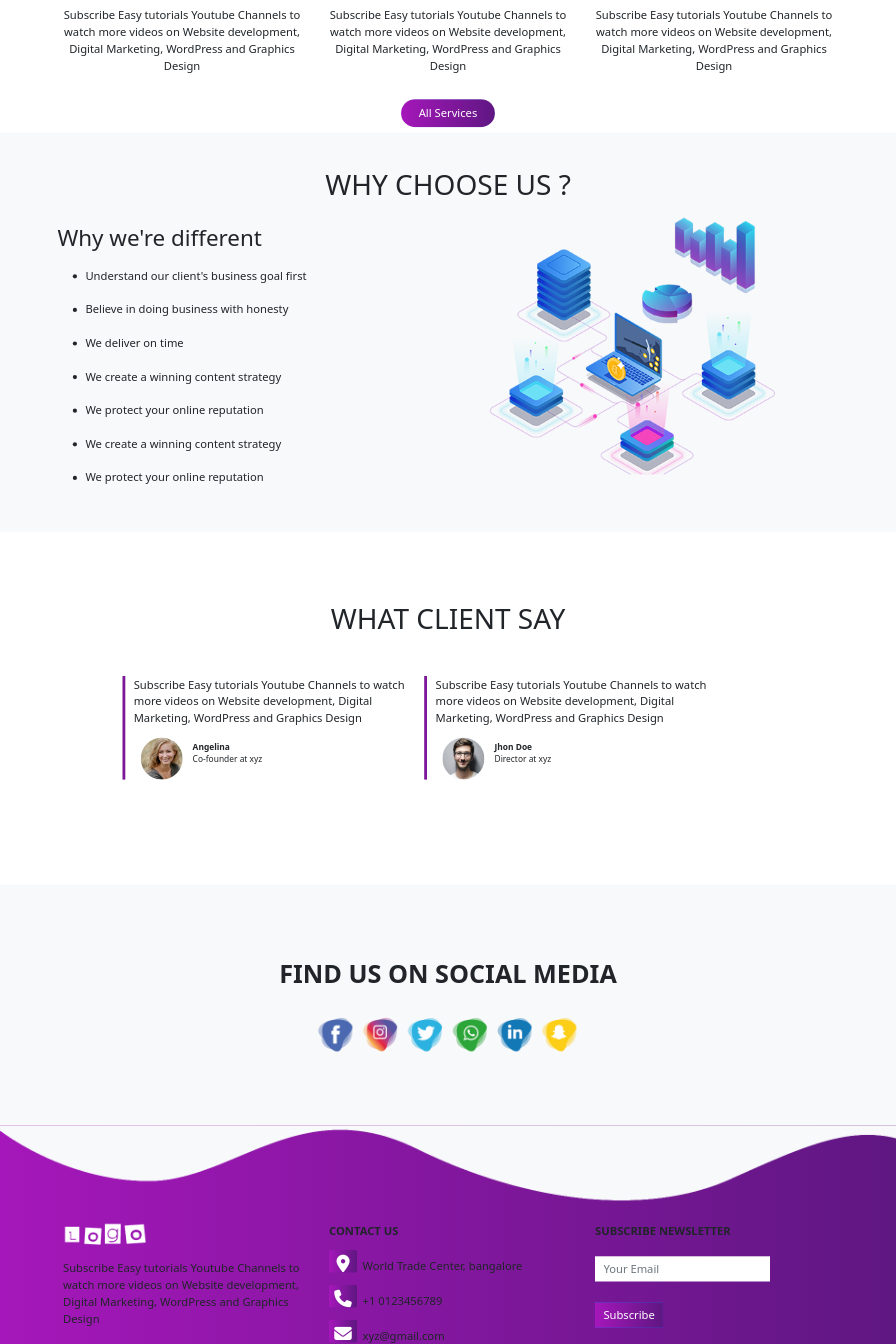
Repository: wadelfadill/Bootstrap_tache_2_website_design
Page: index.html
These files come from the project's save history. The page is drawn as it stood at one moment and after the next save; the edit follows.
The browser window is 1280 px wide. The pictures show the part of the page from y = 1074 to 2994 px (the page is 3087 px tall before and 3175 px after), at 70% of full size.
Some web libraries are served in a nearby version.

Above is the page before, as saved 2023-04-06 18:03:02.

After the next save:
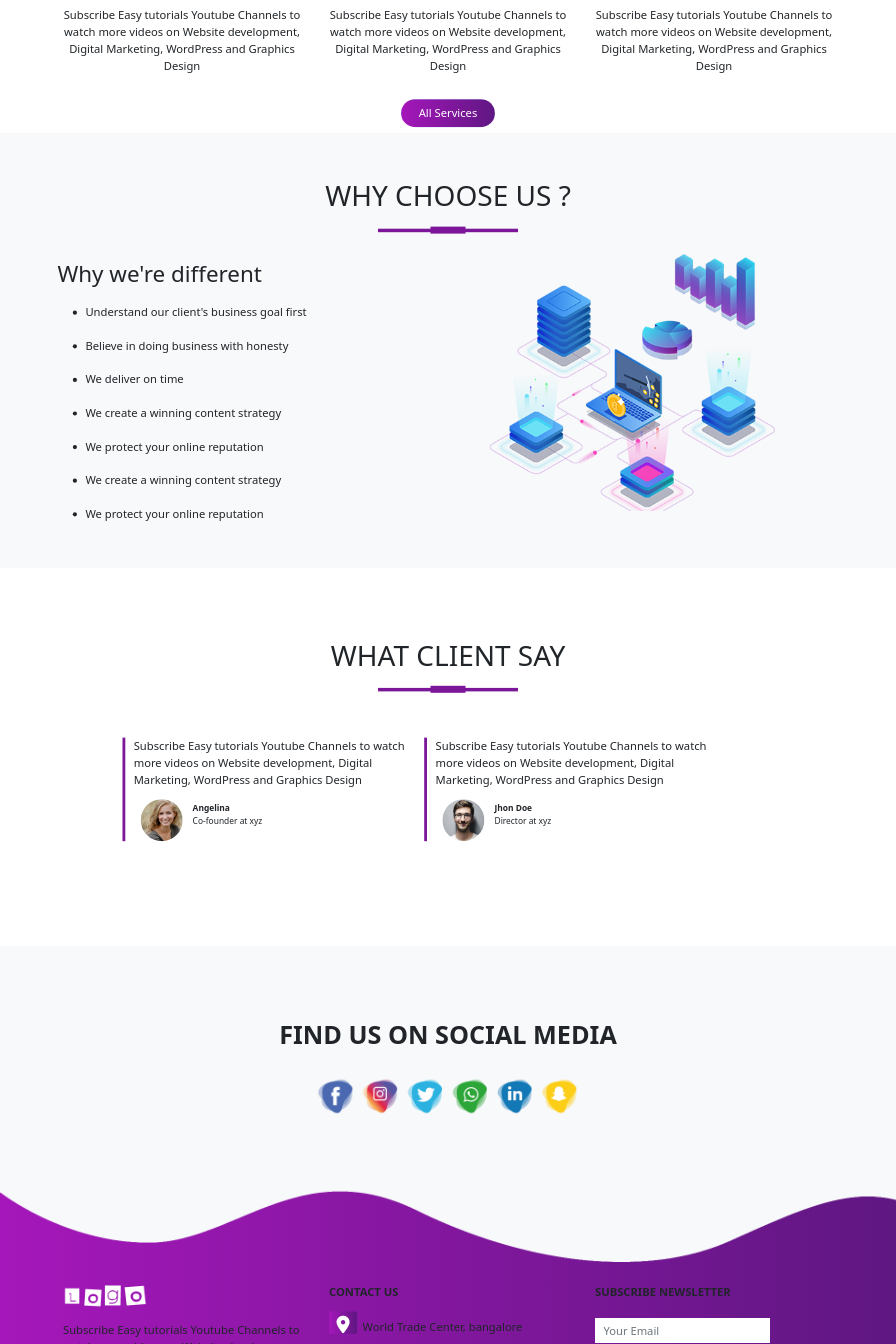
Saved 2 min 43 s later.
--- a/index.html
+++ b/index.html
@@ -102,7 +102,10 @@
      <!-- about us  -->
      <section id="about-us">
         <div class="container">
-          <h1 class="title text-center"> WHY CHOOSE US ?</h1>
+          <div class="row m-3">
+            <h1 class="title text-center"> WHY CHOOSE US ?</h1>
+            <div class="ligne"></div>
+          </div>
           <div class="row">
             <div class="col-md-6">
               <p class="h2 mt-4">Why we're different</p>
@@ -125,7 +128,10 @@
      <!-- testimonials section -->
      <section id="testimonials">
       <div class="container">
-        <h1 class="title text-center"> WHAT CLIENT SAY</h1>
+        <div class="row m-3">
+          <h1 class="title text-center"> WHAT CLIENT SAY</h1>
+          <div class="ligne"></div>
+        </div>
         <div class="row offset-1">
           <div class="col-md-5 testimonials">
             <p>
